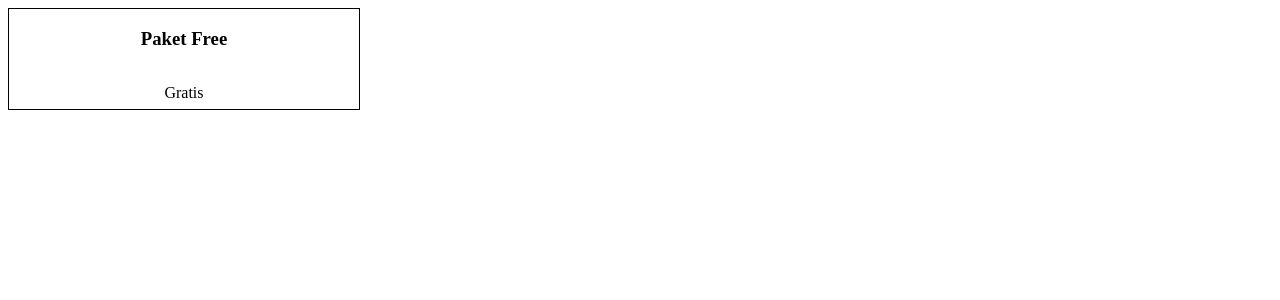
Repository: AHSANS354/tugas-sib5
Page: tugas css/index.html
The author's editor kept a copy of each file at every save. The page is drawn from the files as they stood at one save, then again after the next save.
The browser window is 1280 px wide. The pictures show the whole page.

Above is the page before, as saved 2023-08-29 12:35:09.

After the next save:
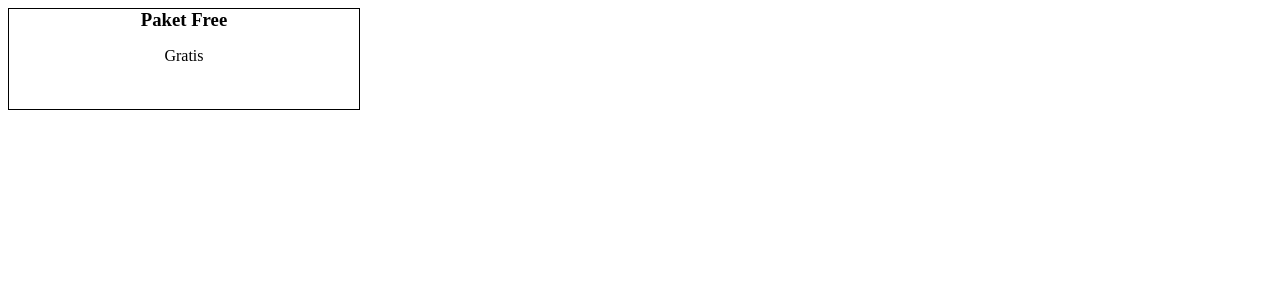
Saved 28 s later.
--- a/tugas css/style.css
+++ b/tugas css/style.css
@@ -11,3 +11,7 @@
   flex-direction: column;
   text-transform: capitalize;
 }
+
+h3 {
+  margin: 0;
+}

After the save that followed:
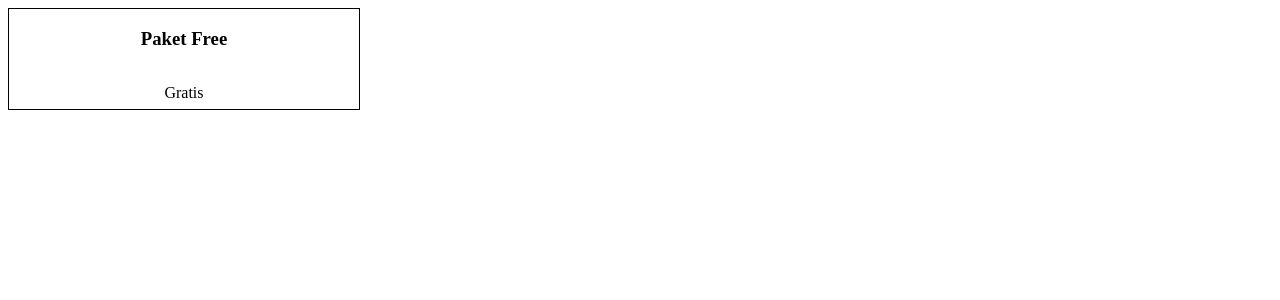
Saved 12 s later.
--- a/tugas css/style.css
+++ b/tugas css/style.css
@@ -12,6 +12,6 @@
   text-transform: capitalize;
 }
 
-h3 {
+h3 p {
   margin: 0;
 }
